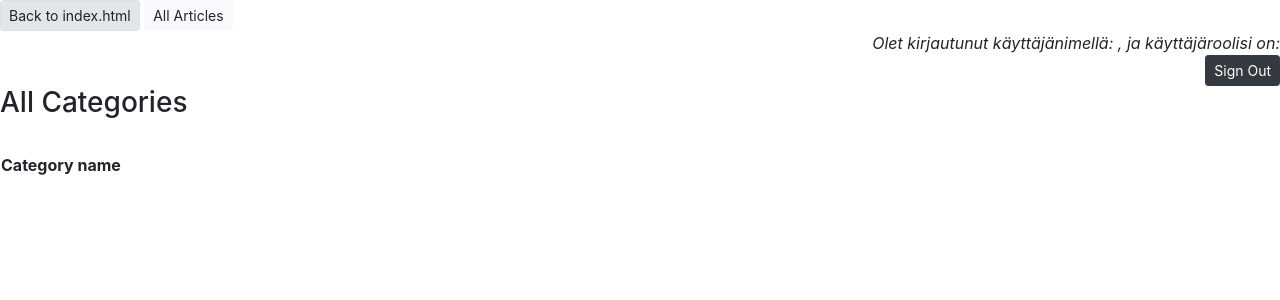
Repository: LiljestromNadja/Backend_s2023_harjoitustyo
Page: http://localhost/cities
These files come from the project's save history. The page is drawn as it stood at one moment and after the next save; the edit follows.
The browser window is 1280 px wide. The pictures show the whole page.
The page is this project's Thymeleaf template; nobody is signed in. The template is opened directly, without the code that normally fills it, so the values that code supplies are empty.

Above is the page before, as saved 2023-11-09 18:42:13.

After the next save:
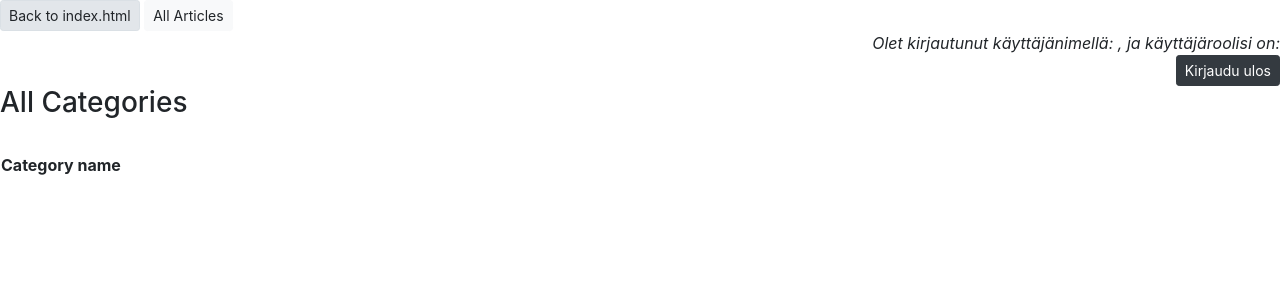
Saved 11 s later.
--- a/harkkas23v01/src/main/resources/templates/cities.html
+++ b/harkkas23v01/src/main/resources/templates/cities.html
@@ -18,7 +18,7 @@
 
 			<br>
 			<form class="text-right" th:action="@{/logout}" method="post">
-				<input type="submit" value="Sign Out" class="btn btn-sm btn-dark" />
+				<input type="submit" value="Kirjaudu ulos" class="btn btn-sm btn-dark" />
 			</form>
 
 		</div>
